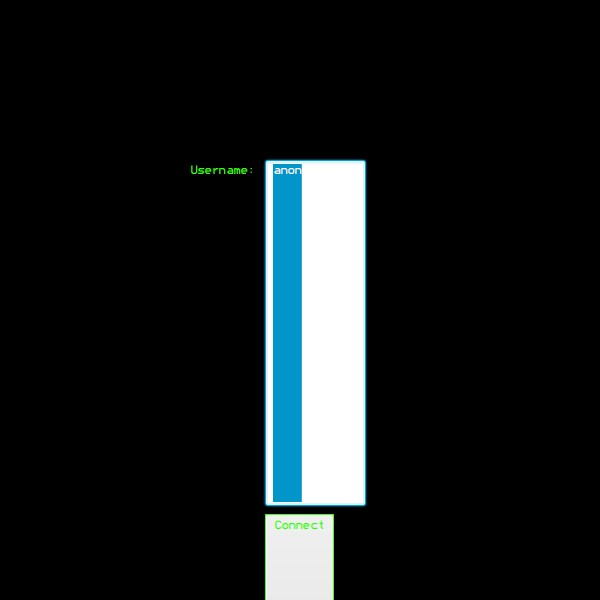
Repository: silic4-ivey/River
Program's window: java RiverClient/src/Main.java
These files come from the project's save history. The program's window is drawn as it stood at one moment and after the next save; the edit follows.
It runs on Java 21 on a 1366 x 768 screen with JavaFX 11; the title bar is not drawn. It also reads RiverClient/resources/fonts/Modeseven-L3n5.ttf.

Above is the program's window before, as saved 2021-08-16 19:01:36.

After the next save:
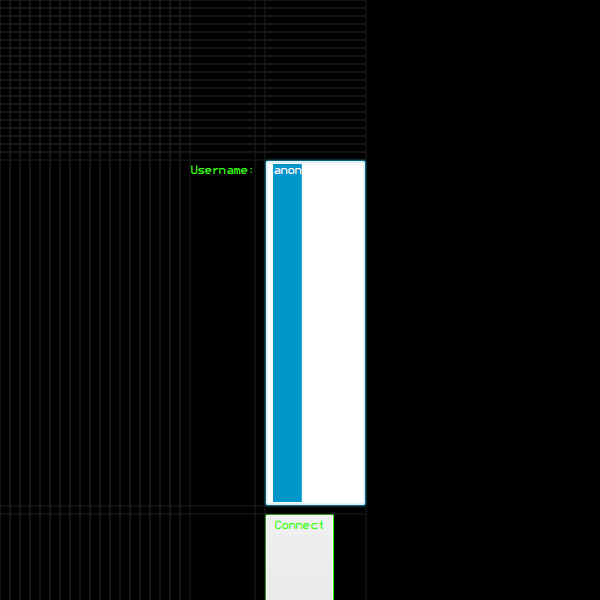
Saved 63 s later.
--- a/RiverClient/src/MainUI.java
+++ b/RiverClient/src/MainUI.java
@@ -77,7 +77,7 @@
 
 		layout1.getChildren().addAll(userLbl,text,connectButton);
 
-		layout1.setGridLinesVisible(false);
+		layout1.setGridLinesVisible(true);
 		layout1.setStyle("-fx-background-color: #000000");
 
 		Scene scene1 = new Scene(layout1, size, size, Color.BLACK);
